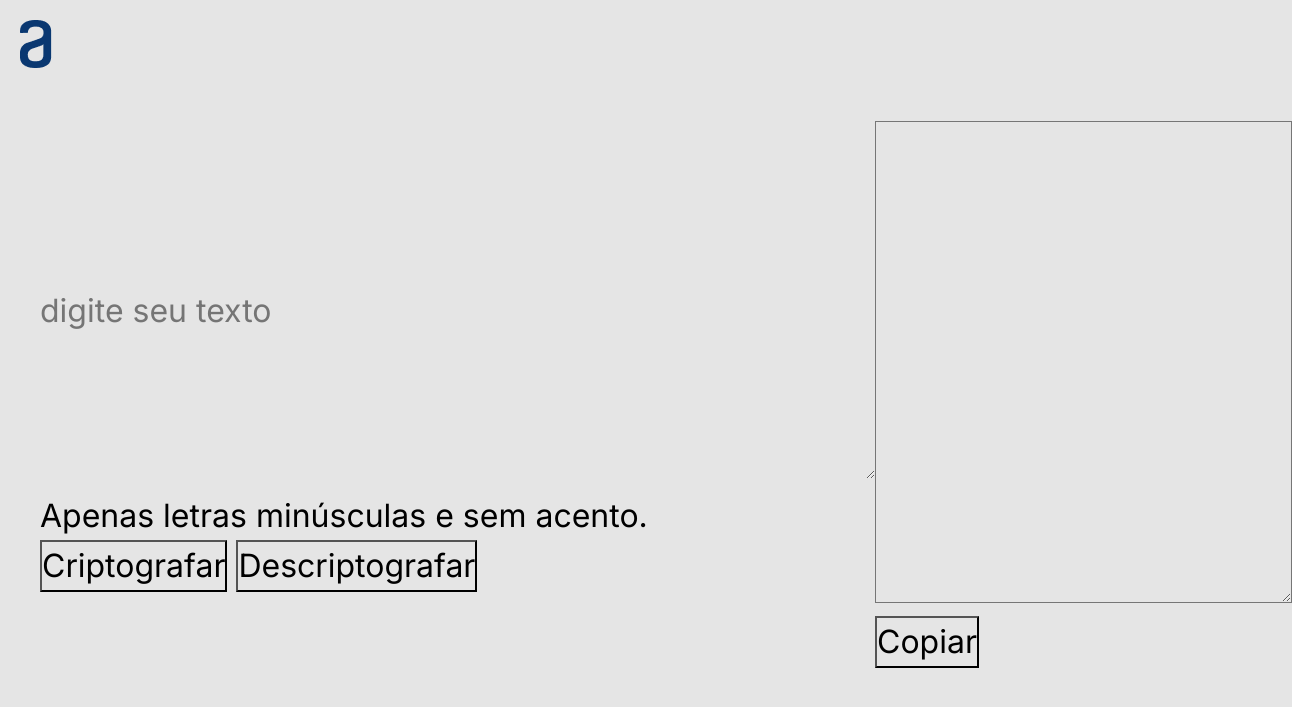
Repository: guilhermecardoso93/decodificador-texto
Page: index.html
These files come from the project's save history. The page is drawn as it stood at one moment and after the next save; the edit follows.
The browser window is 1280 px wide. The page is 1292 px wide, so the pictures cover 1292 px, including what lies to the right of the window. The pictures show the whole page.

Above is the page before, as saved 2024-02-28 19:15:33.

After the next save:
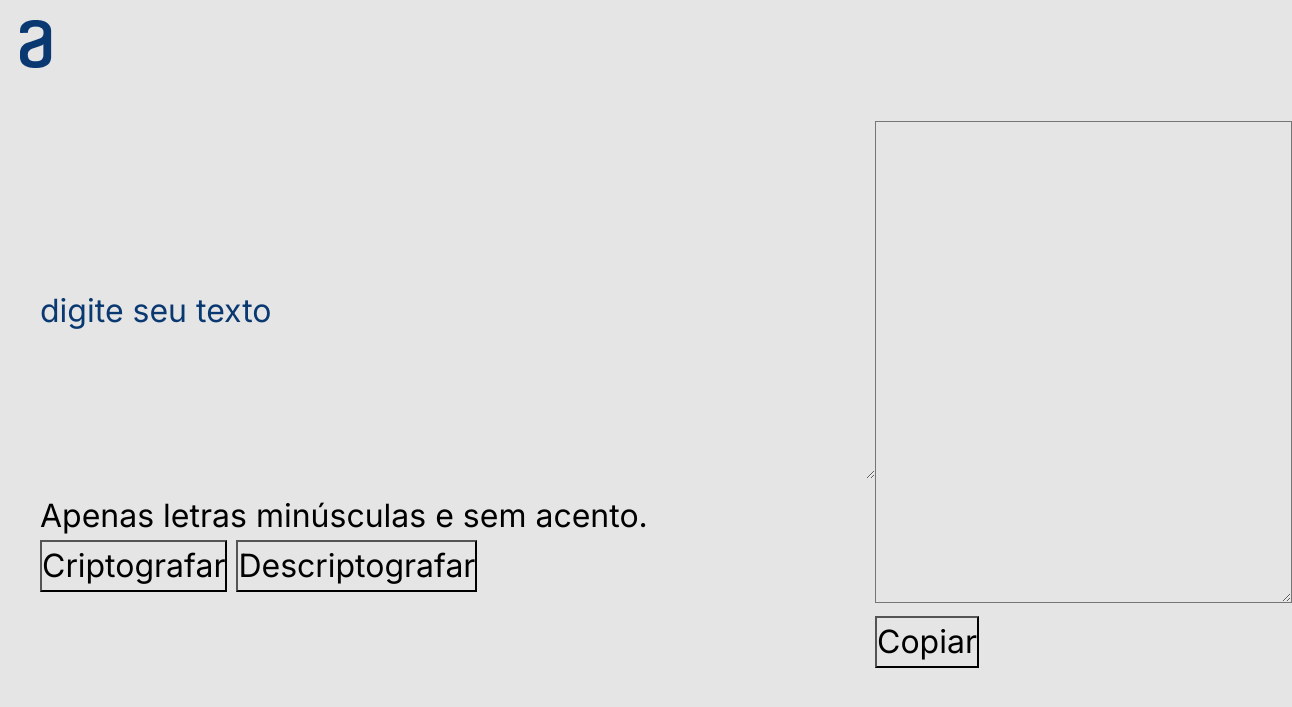
Saved 26 s later.
--- a/style.css
+++ b/style.css
@@ -34,3 +34,7 @@ main {
   text-transform: lowercase;
   margin-top: 90px;
 }
+
+::placeholder {
+  color: #0A3871;
+}
